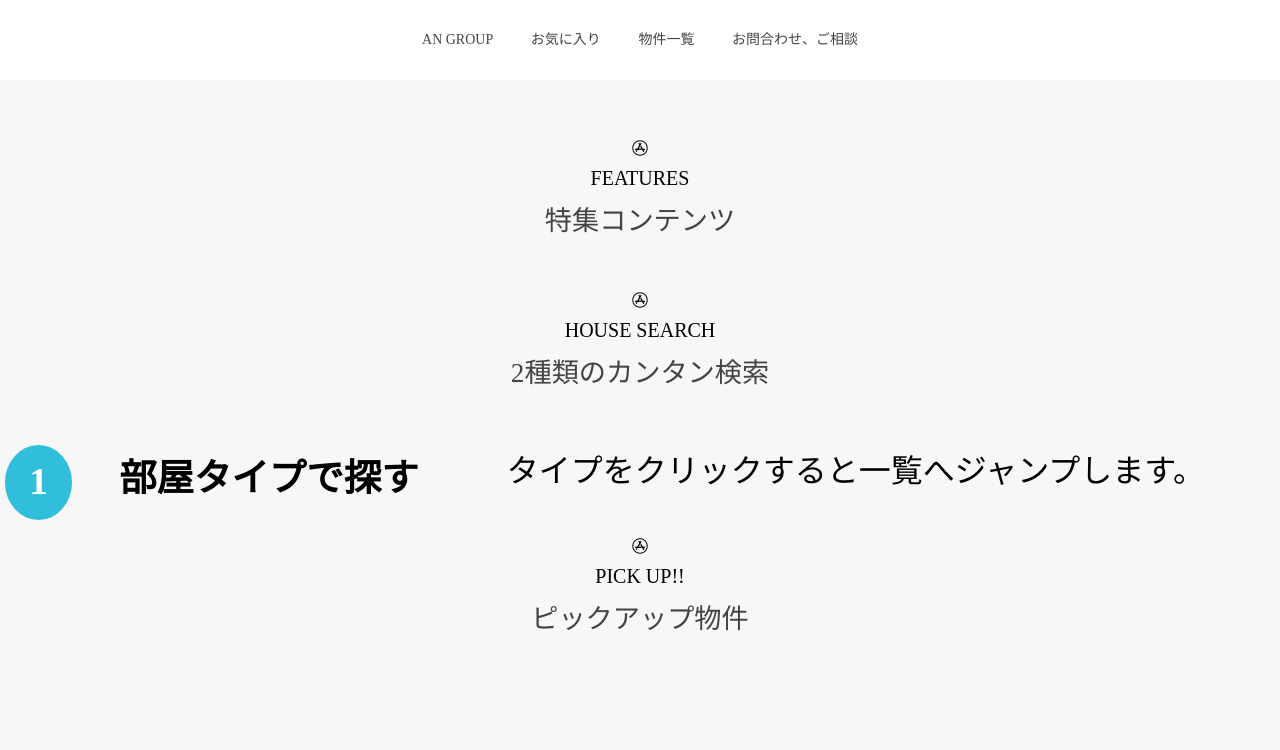
Repository: ninhdavid/real-estate
Page: index.html
An editor plug-in stored every save of this project. The page is shown before and after the next save, followed by the edit.
The browser window is 1280 px wide. The pictures show the whole page.
Some web libraries are served in a nearby version. The style sheet was rebuilt from its Sass, Less or Tailwind sources for each picture, by a compiler version that may differ from the author's.

Above is the page before, as saved 2022-05-10 21:10:13.

After the next save:
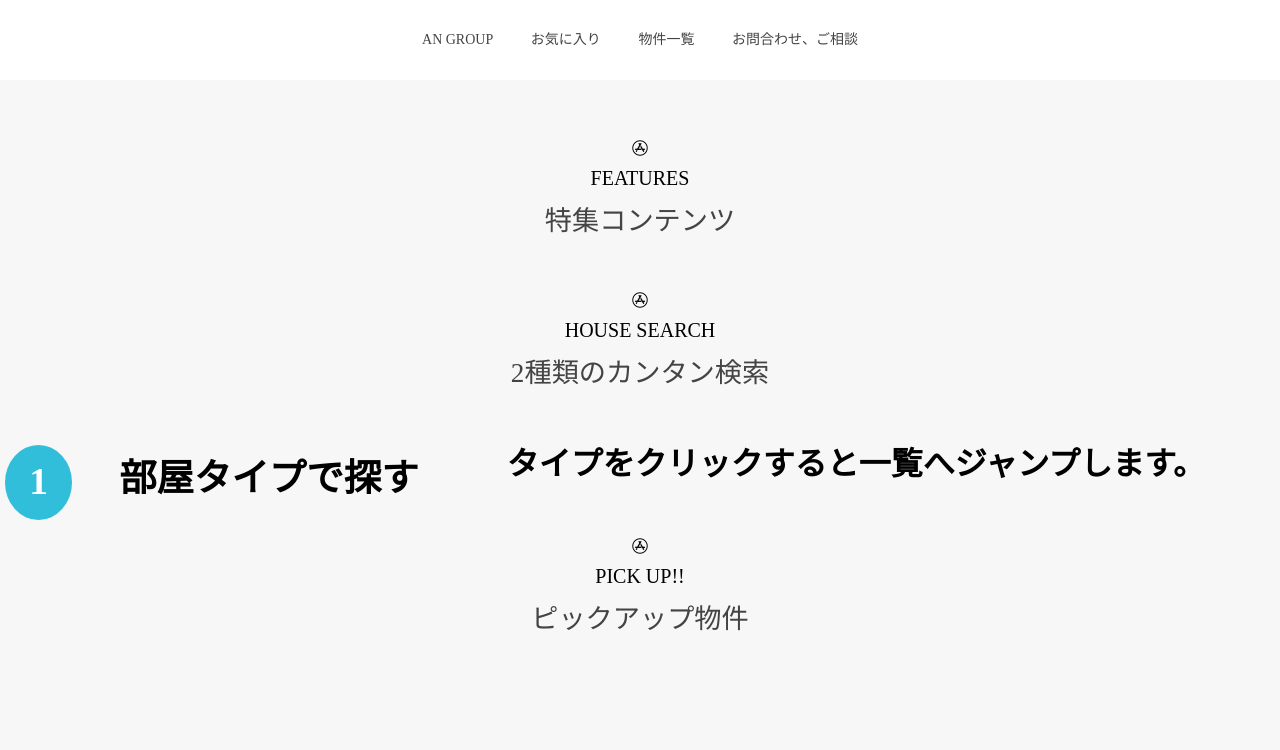
Saved 13 s later.
--- a/css/main.scss
+++ b/css/main.scss
@@ -89,6 +89,8 @@
     display:flex;
     justify-content:space-between;
     font-size: 2em;
+    font-weight: bold;
+    line-height: 1.2;
 }
 .title-area>h3>span{
     width: 1.8em;
